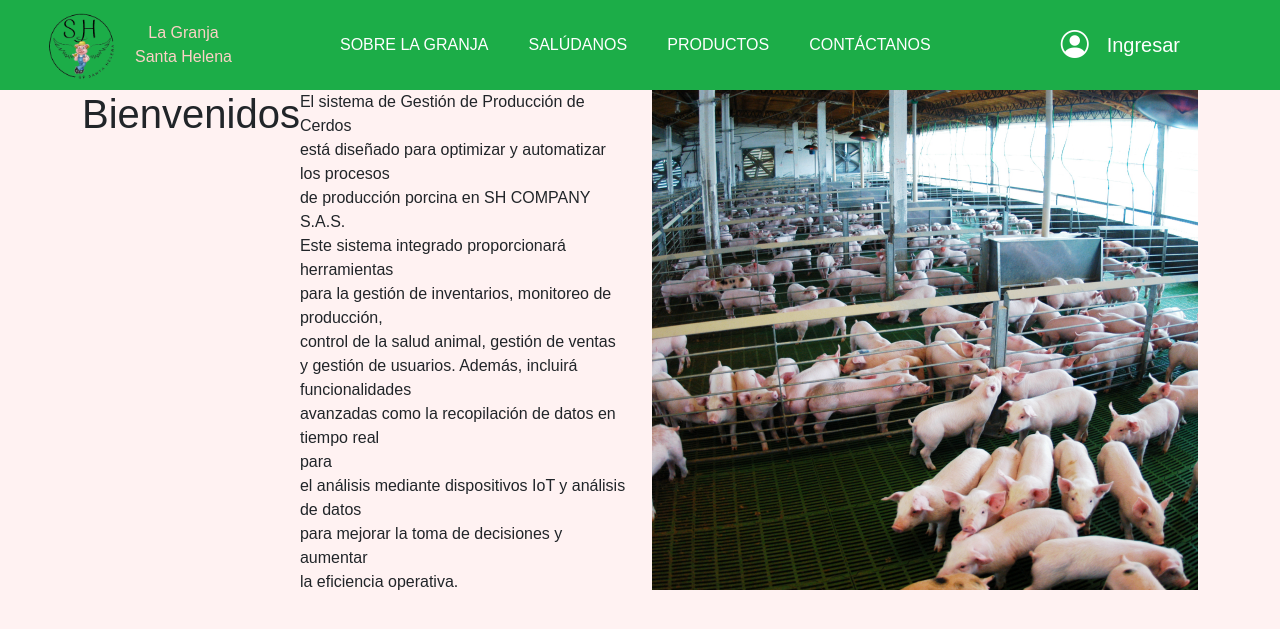
Repository: Mateojimenezz/Granja-Santa-Helena
Page: paginaDeInicio.html
These files come from the project's save history. The page is drawn as it stood at one moment and after the next save; the edit follows.
The browser window is 1280 px wide. The pictures show the whole page.
Some web fonts or font styles are not loaded; a fallback is used.

Above is the page before, as saved 2025-03-29 17:09:54.

### paginaDeInicio.html
<!DOCTYPE html>
<html lang="es">
<head>
    <meta charset="UTF-8">
    <meta name="viewport" content="width=device-width, initial-scale=1.0">
    <title>La Granja</title>
    <link href="https://cdn.jsdelivr.net/npm/bootstrap@5.3.3/dist/css/bootstrap.min.css" rel="stylesheet" integrity="sha384-QWTKZyjpPEjISv5WaRU9OFeRpok6YctnYmDr5pNlyT2bRjXh0JMhjY6hW+ALEwIH" crossorigin="anonymous">

    <link rel="stylesheet" href="./assets/css/index.css">
    <link rel="stylesheet" href="https://cdn.jsdelivr.net/npm/bootstrap-icons@1.11.3/font/bootstrap-icons.min.css">
    <link href="https://fonts.googleapis.com/css2?family=Calistoga&display=swap" rel="stylesheet">

  </head>
<body>
  <header class="header sticky-top d-flex  align-items-center ">
    <div class="container d-flex  align-items-center justify-content-between ">
      <div class="logo">
        <img  src="./assets/img/logo.png" width="90" alt="Logo">
        <span>La Granja <br> Santa Helena</span>
      </div>
      <nav class="navbar navbar-expand-lg ">
        <button class="navbar-toggler toggler-focus text-white" type="button" data-bs-toggle="collapse" data-bs-target="#menu" aria-controls="menu" aria-expanded="false" aria-label="Toggle navigation">
          <span class="navbar-toggler-icon"></span>
        </button>
        <div class="collapse navbar-collapse" id="menu">
          <ul class="navbar-nav ms-auto    gap-md-2 gap-lg-4">
            <li class="nav-item"><a class="nav-link" href="#">SOBRE LA GRANJA</a></li>
            <li class="nav-item"><a class="nav-link" href="#">SALÚDANOS</a></li>
            <li class="nav-item"><a class="nav-link" href="#">PRODUCTOS</a></li>
            <li class="nav-item"><a class="nav-link" href="#">CONTÁCTANOS</a></li>
          </ul>
          <a href="login.html" class="ingresar1 d-sm-flex d-lg-none text-decoration-none text-dark">
            <i class="bi bi-person-circle fs-3 me-2"></i> <h5 class="pt-2">Ingresar</h5>
          </a>
        </div>

        </div>

      </nav>
      <a href="login.html" class="ingresar d-md-none d-lg-flex text-decoration-none text-dark">
        <i class="bi bi-person-circle fs-3 me-2"></i> <h5 class="pt-2">Ingresar</h5>
      </a>
    </div>
  </header>
  <main class="container">
    <!-- Sección 1 -->
    <section class=" row seccion-1 ">
        <article class="d-flex flex-colum col-12 col-lg-6 ">
            <h1 class=" ">Bienvenidos</h1>
            <p>
                El sistema de Gestión de Producción de Cerdos <br> está diseñado para optimizar y automatizar <br>
                los procesos <br> de producción  porcina en SH COMPANY S.A.S. <br> Este sistema integrado proporcionará herramientas <br>  para la gestión de inventarios, monitoreo de producción,
                <br>control de la salud animal, gestión de ventas <br> y gestión de usuarios.
                Además, incluirá funcionalidades <br> avanzadas como la recopilación de datos en tiempo real <br>
                para <br> el análisis mediante dispositivos IoT y análisis de datos <br>
                 para mejorar la toma de decisiones y aumentar <br> la eficiencia  operativa.
            </p>

        </article>
        <article class="col-12 col-lg-6">
            <img src="assets/img/imagen1.jpg" alt="Fotografia de la granja" class="img-fluid imagen1" alt="">
        </article>

    </section>






  </main>

  <!-- bootstrap JS -->
  <script src="https://cdn.jsdelivr.net/npm/bootstrap@5.3.3/dist/js/bootstrap.bundle.min.js" integrity="sha384-YvpcrYf0tY3lHB60NNkmXc5s9fDVZLESaAA55NDzOxhy9GkcIdslK1eN7N6jIeHz" crossorigin="anonymous"></script>
  <script src="./assets/js/menu.js"></script>
</body>

</html>

### assets/css/index.css
@import "./variables.css";

/* === General === */
body {
  margin: 0;
  font-family: var(--font-principal);
  background-color: var(--color-FondoDiv2);
}

/* === Header === */
.header {
  background-color: var(--color-principal);
  color: var(--color-texto);
  font-size: 1rem;
}

.logo {
  display: flex;
  align-items: center;
  gap: 0.5rem;
  color: #FCD1C6;
  text-align: center;
  margin-left: 25px;
}

/* === Botón Ingresar === */
.ingresar,
.ingresar1 {
  color: white !important;
  cursor: pointer;
  display: flex;
  align-items: center;
  gap: 10px;
}

.ingresar {
  margin-left: 110px;
  margin-right: 100px;
}

.ingresar h5:hover,
.ingresar1 h5:hover {
  color: var(--color-fondoDiv);
}

/* === Navbar === */
.navar-nav {
  justify-content: center;
}

.nav-link {
  position: relative;
  color: white;
  text-decoration: none;
  padding: 0.5rem;
  transition: color 0.3s ease-in-out;
}
.nav-link:active{
  color: red;
}

.nav-link::after {
  content: '';
  position: absolute;
  left: 15px;
  bottom: 0;
  width: 0;
  height: 2px;
  background-color: var(--color-FondoDiv2);
  transition: width 0.3s ease-in-out;
}

.nav-link:hover {
  color: var(--color-fondoDiv);
}

.nav-link:hover::after {
  width: 75%;
}

/* === Sección 1 - Imagen Principal === */
.imagen1 {
  width: 100%;
  height: 500px;
  object-fit: cover;
}

.titulo1 {
  position: absolute;
  top: 50%;
  left: 50%;
  transform: translate(-50%, -50%);
  color: white;
  font-size: 4rem;
  font-weight: bold;
  text-shadow: 2px 2px 5px var(--color-principal);
  text-align: center;
}

/* === Sección 3 === */
.seccion-3 {
  background-color: var(--color-fondoDiv);
}

/* === Footer === */
.footer {
  background-color: var(--color-Footter);
  padding-left: 50px;
  padding-bottom: 0px;
  margin-bottom: -50px;
}

.Logofooter {
  max-width: 250px;
  margin-right: 50px;
}

/* === Responsividad === */
@media (max-width: 991px) {

  /* Ajustes en dispositivos pequeños */
  .logo {
    margin-left: -10px;
  }

  .navbar-toggler {
    border: none !important;
  }

  .navbar-toggler:focus,
  .navbar-toggler:active,
  .navbar-toggler:hover {
    outline: none !important;
    box-shadow: 0 0 10px #F8E91C !important;
  }

  /* Ocultar ingresar en pantallas pequeñas y mostrar ingresar1 */
  .ingresar {
    display: none;
  }

  .ingresar1 {
    display: flex;
  }

  .ingresar1 .bi {
    padding-top: 5px;
  }
}

### assets/js/menu.js
document.addEventListener("DOMContentLoaded", function () {
    const menuToggle = document.querySelector(".navbar-toggler");
    const logo = document.querySelector(".logo");
    const menu = document.getElementById("menu");

    menuToggle.addEventListener("click", function () {
      const isMenuOpen = menu.classList.contains("show");

      if (isMenuOpen) {
        // Cuando el menú está abierto, restauramos el logo
        logo.style.display = "flex";
      } else {
        // Cuando el menú está cerrado, ocultamos el logo
        logo.style.display = "none";
      }
    });

    // Detectar cuando el usuario cierra el menú automáticamente
    menu.addEventListener("hidden.bs.collapse", function () {
      logo.style.display = "flex";
    });
  });

### assets/css/variables.css
/* variables.css */
:root {
    --color-principal: #1CAD48 ;
    --color-Botones: rgba(255, 187, 0, 0.47);
    --color-texto: white;
    --color-fondo: #f5f5f5;
    --font-principal: 'calistoga','arial';
    --color-fondoDiv: #F8E91C;
    --color-FondoDiv2:#FFF2F2;
    --color-Footter: #D9D9D9;
    --letra-gris: #B0B0B7;
  }

After the next save:
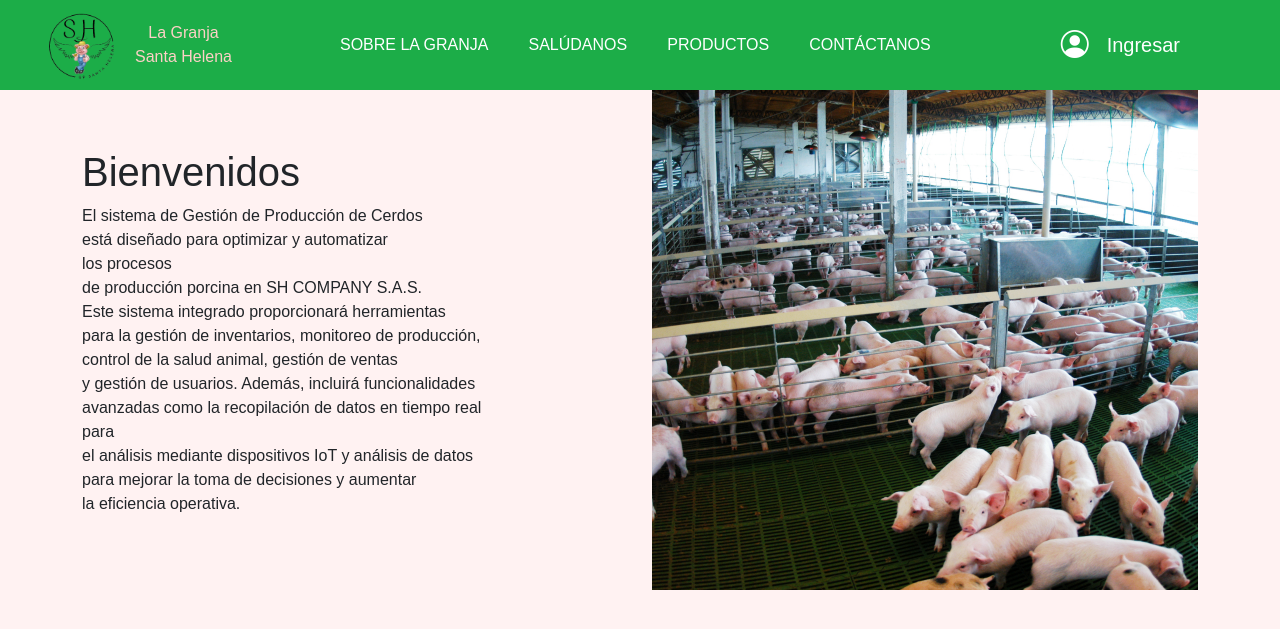
Saved 6 s later.
--- a/paginaDeInicio.html
+++ b/paginaDeInicio.html
@@ -45,7 +45,7 @@
   <main class="container">
     <!-- Sección 1 -->
     <section class=" row seccion-1 ">
-        <article class="d-flex flex-colum col-12 col-lg-6 ">
+        <article class="d-flex flex-column justify-content-center col-12 col-lg-6 ">
             <h1 class=" ">Bienvenidos</h1>
             <p>
                 El sistema de Gestión de Producción de Cerdos <br> está diseñado para optimizar y automatizar <br>

After the save that followed:
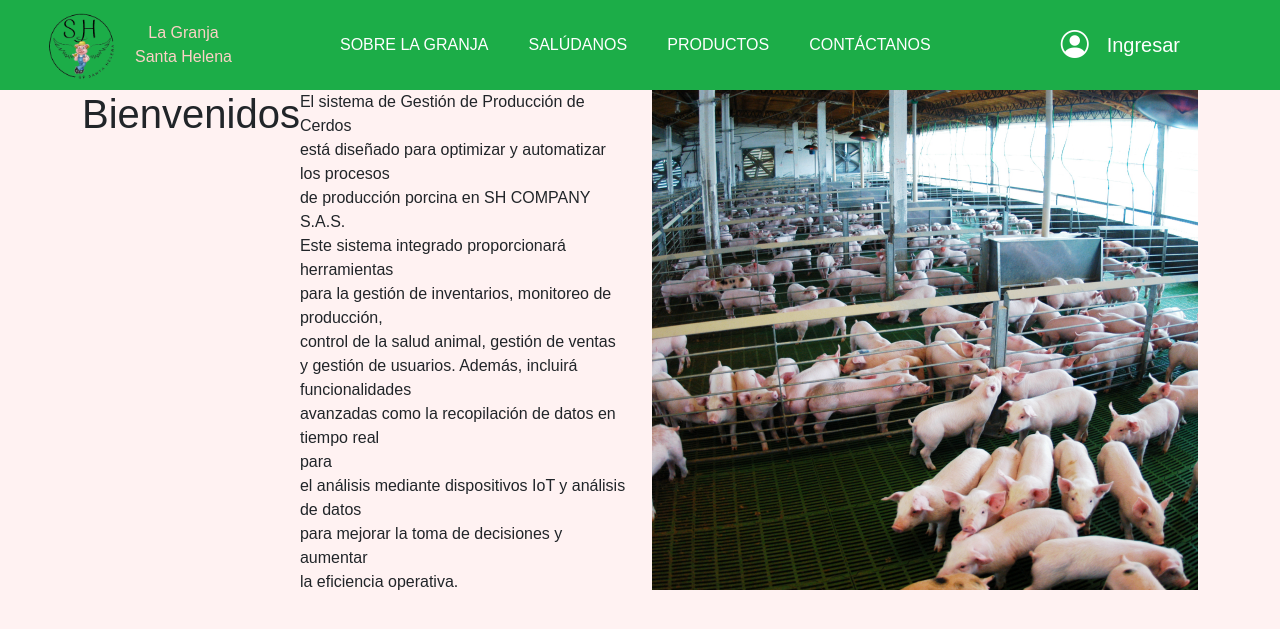
Saved 14 s later.
--- a/paginaDeInicio.html
+++ b/paginaDeInicio.html
@@ -45,7 +45,7 @@
   <main class="container">
     <!-- Sección 1 -->
     <section class=" row seccion-1 ">
-        <article class="d-flex flex-column justify-content-center col-12 col-lg-6 ">
+        <article class="d-flex flex-col justify-content-center col-12 col-lg-6 ">
             <h1 class=" ">Bienvenidos</h1>
             <p>
                 El sistema de Gestión de Producción de Cerdos <br> está diseñado para optimizar y automatizar <br>
